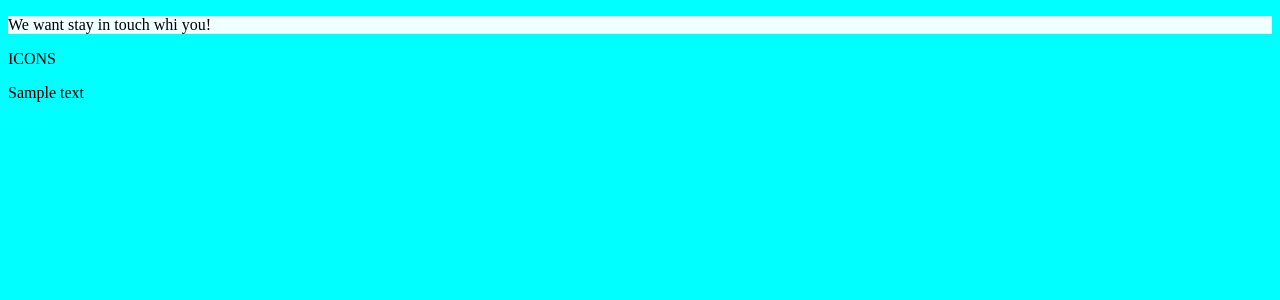
Repository: JhonMercedes/profile
Page: index.html
An editor plug-in stored every save of this project. The page is shown before and after the next save, followed by the edit.
The browser window is 1280 px wide. The pictures show the whole page.

Above is the page before, as saved 2021-12-08 01:56:38.

### index.html
<!DOCTYPE html>
<html lang="en">
<head>
    <meta charset="UTF-8">
    <meta http-equiv="X-UA-Compatible" content="IE=edge">
    <meta name="viewport" content="width=device-width, initial-scale=1.0">
    <link rel="stylesheet" href="style.css">
    <title>J.A</title>
</head>
<body>

    <div style="background-color: azure;">
        <p id="descricao">We want stay in touch whi you!</p>
    </div>
    <div id="container2">
        <p>ICONS</p>
    </div>
    <div id="container3">
        <p>Sample text</p>
    </div>

</body>
</html>

### style.css
body {
    background: aqua;
}

.container {
    text-align: center
}

.container2 {
    background-color: blue;
}

After the next save:
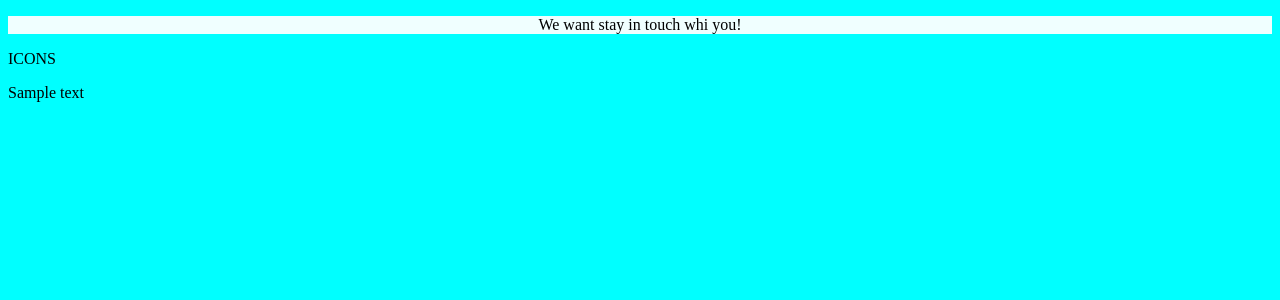
Saved 16 s later.
--- a/index.html
+++ b/index.html
@@ -9,7 +9,7 @@
 </head>
 <body>
 
-    <div style="background-color: azure;">
+    <div class="container" style="background-color: azure;">
         <p id="descricao">We want stay in touch whi you!</p>
     </div>
     <div id="container2">
